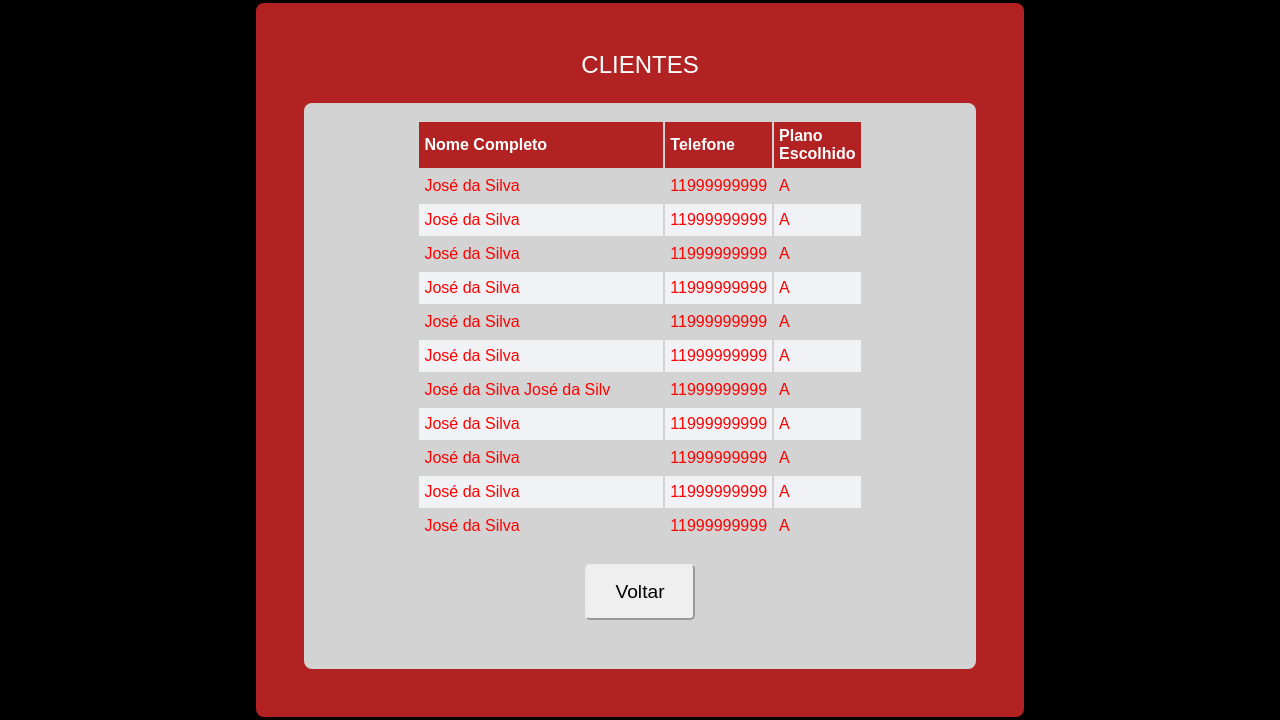
Repository: samantaProspero/projeto_integrador
Page: Versão Atual/PI_Vanila/clientes.html
The author's editor kept a copy of each file at every save. The page is drawn from the files as they stood at one save, then again after the next save.
The browser window is 1280 px wide. The pictures show the whole page.

Above is the page before, as saved 2021-11-06 15:02:10.

After the next save:
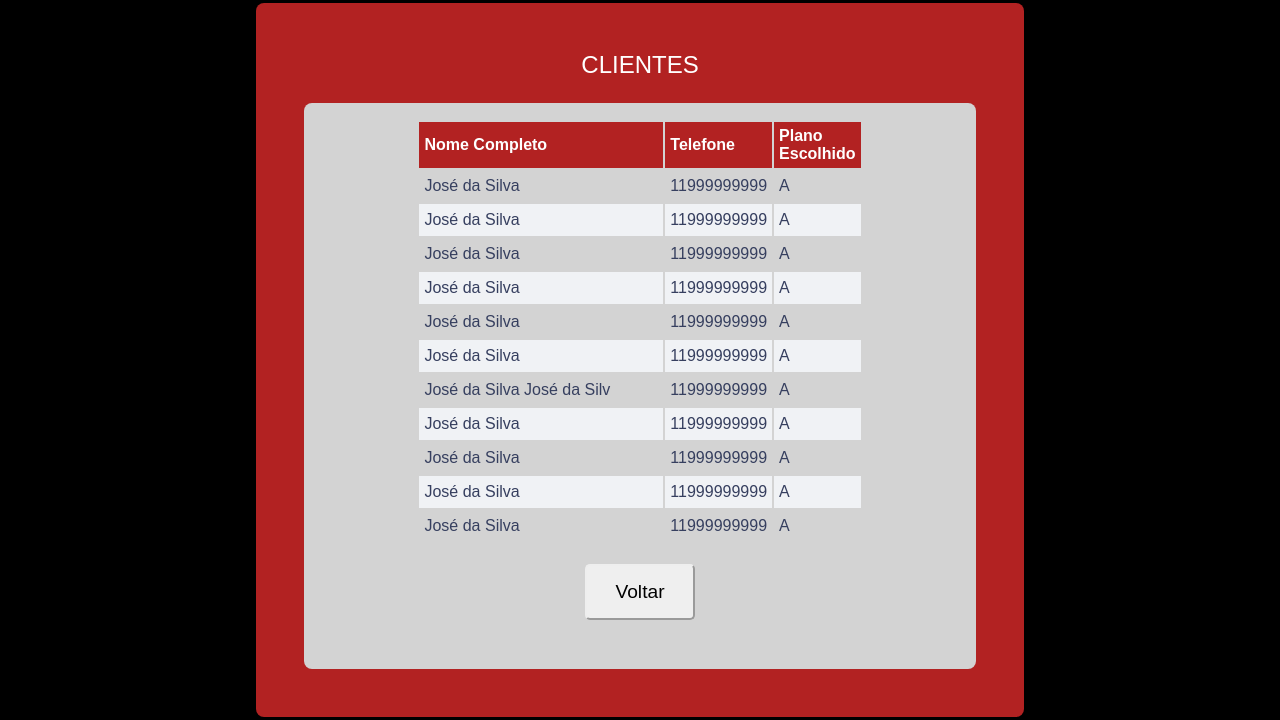
Saved 5 s later.
--- a/Versão Atual/PI_Vanila/_css/clientes.css
+++ b/Versão Atual/PI_Vanila/_css/clientes.css
@@ -63,7 +63,7 @@
 .area-clientes table td{
   height: 2rem;
   width: 100%;
-  color: var(--primary);
+  color: var(--primary_dark);
 
 }
 
